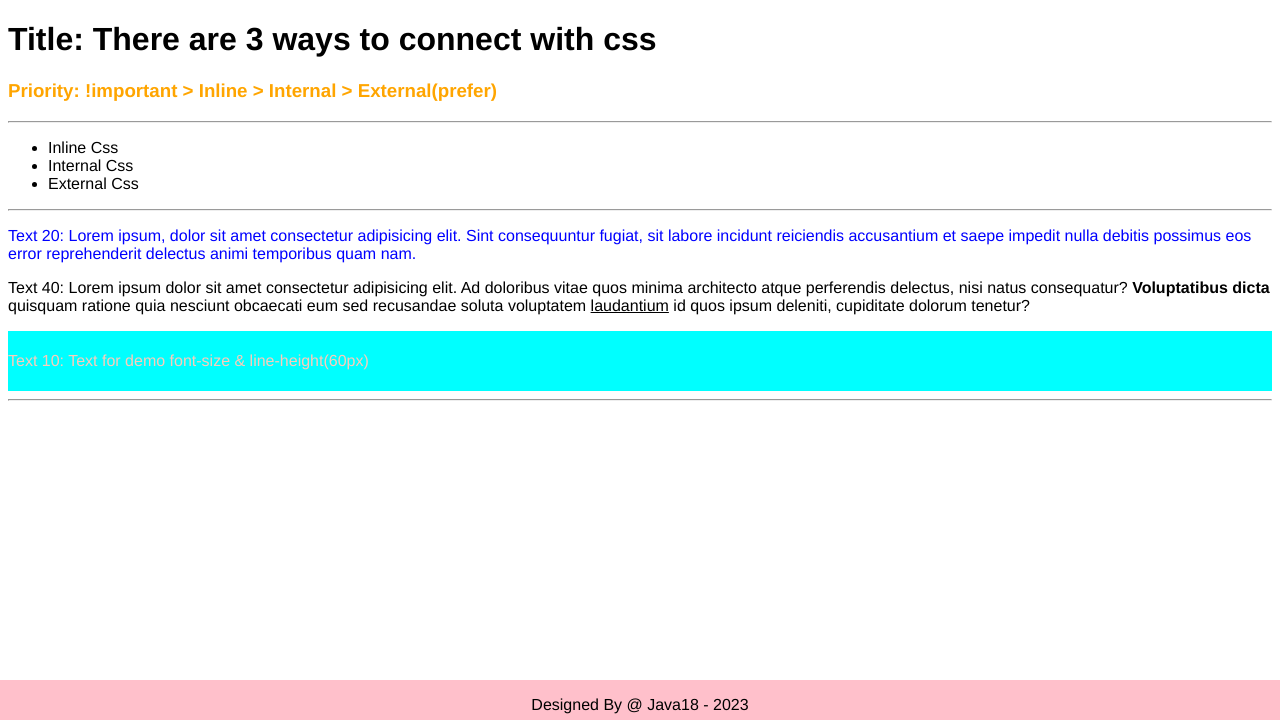
Repository: j4tdn/java18-repository
Page: 2. CSS3/ex03-base-content-basic-properties.html
These files come from the project's save history. The page is drawn as it stood at one moment and after the next save; the edit follows.
The browser window is 1280 px wide. The pictures show the whole page.

Above is the page before, as saved 2023-10-21 18:36:55.

After the next save:
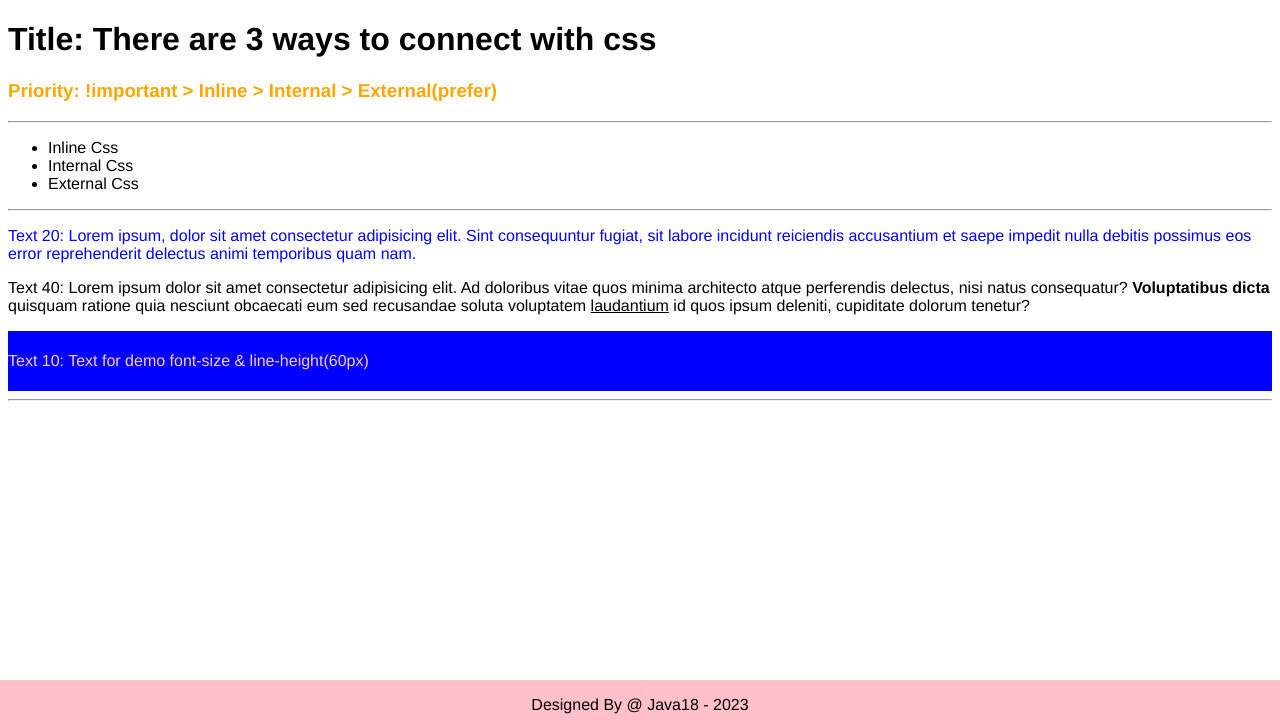
Saved 8 s later.
--- a/2. CSS3/css/style-base.css
+++ b/2. CSS3/css/style-base.css
@@ -28,7 +28,7 @@
 /* EX03: BASE CONTENT BASIC DEMO */
 .parent-text10lh {
   height: 60px;
-  background-color: cyan;
+  background-color: blue;
 }
 .text10lh {
   line-height: 60px;
